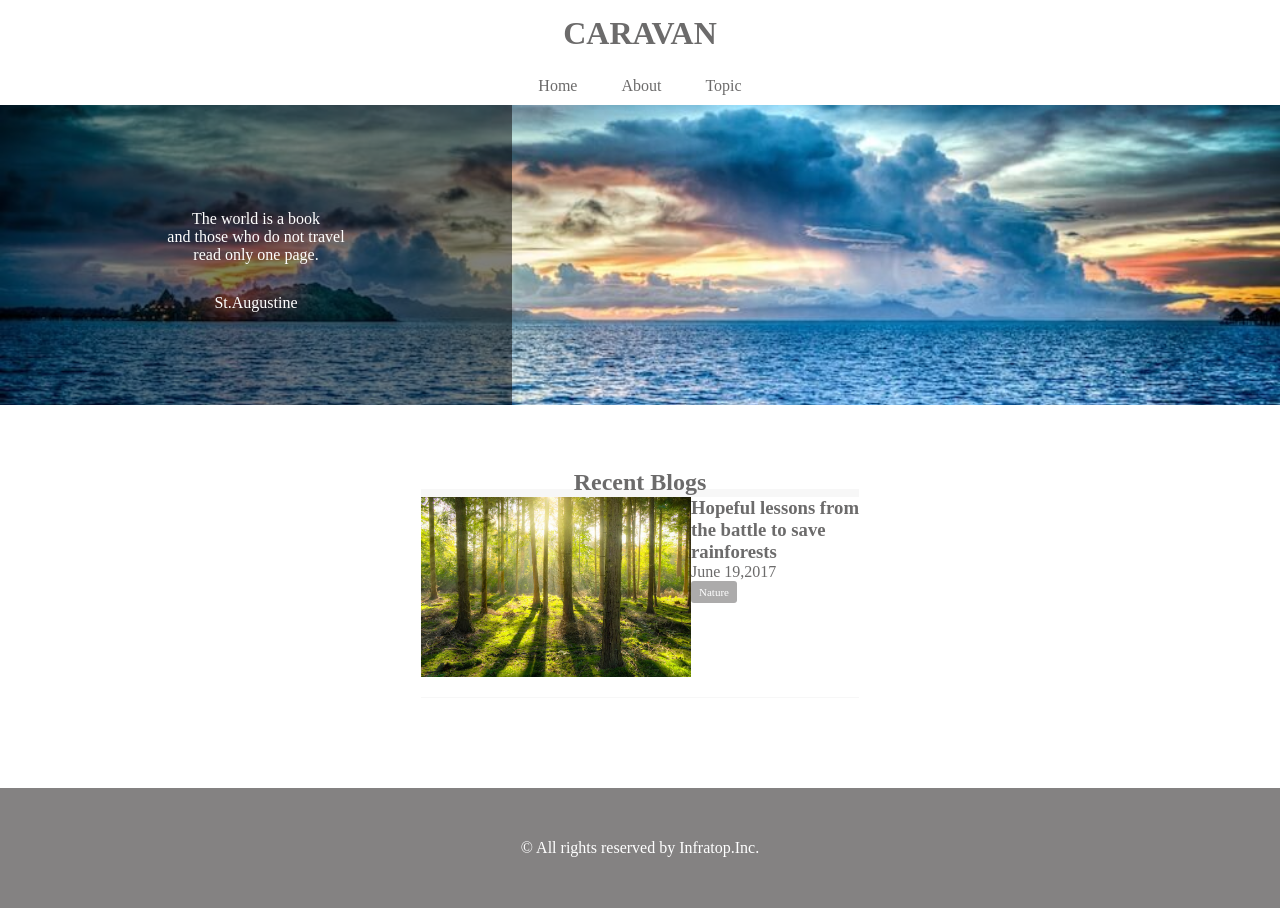
Repository: mitoma99/task4
Page: caravan/index.html
The author's editor kept a record of every edit. The page is drawn from the files as they stood at one moment, then again after the next edit.
The browser window is 1280 px wide. The pictures show the whole page.

Above is the page before.

After the next edit:
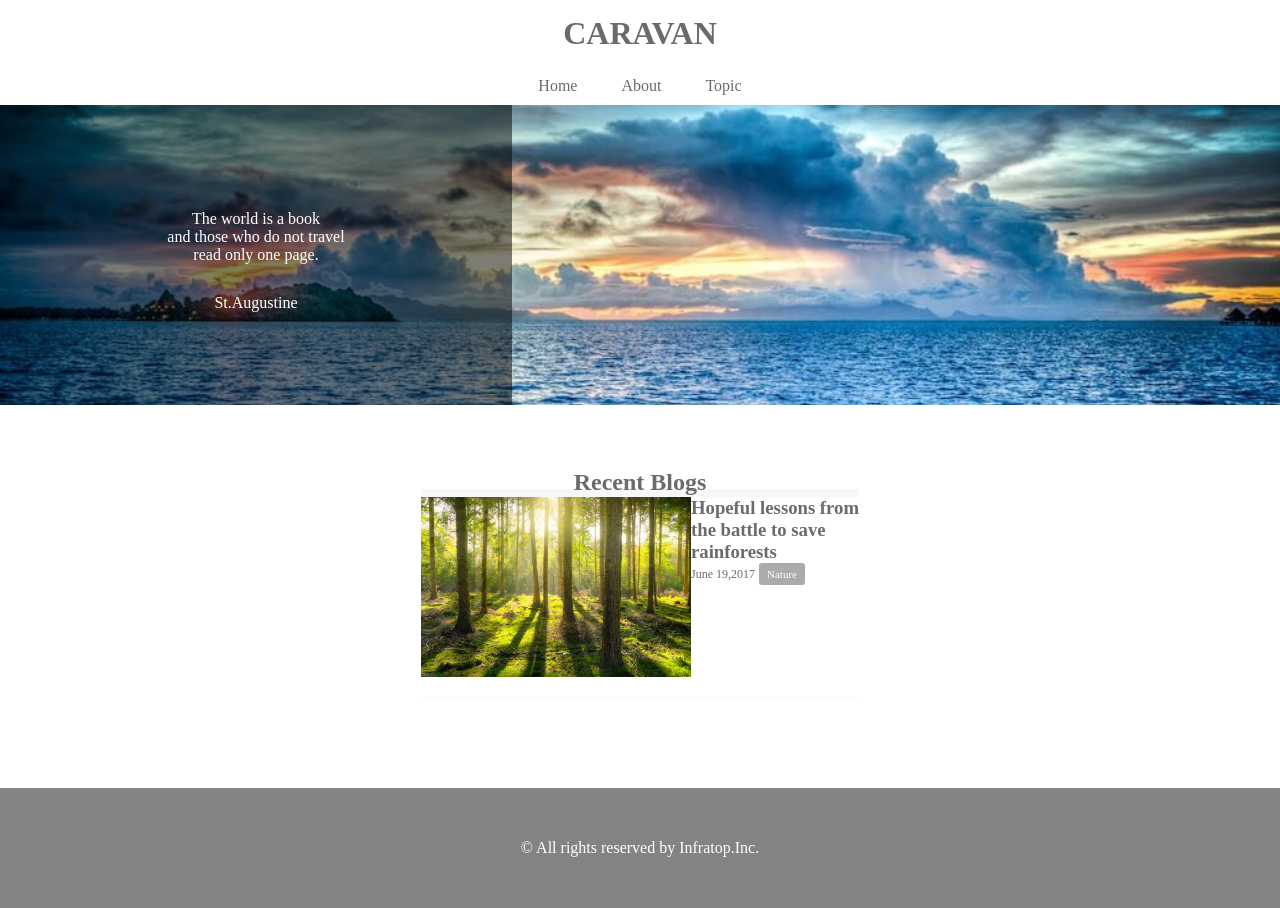
The edit:
--- a/caravan/style.css
+++ b/caravan/style.css
@@ -88,6 +88,11 @@
   height:180px;
 }
 
+.blog-date{
+  font-size:12px;
+  display:inline-block;
+}
+
 .category{
   display:inline-block;
   padding:5px 8px;
